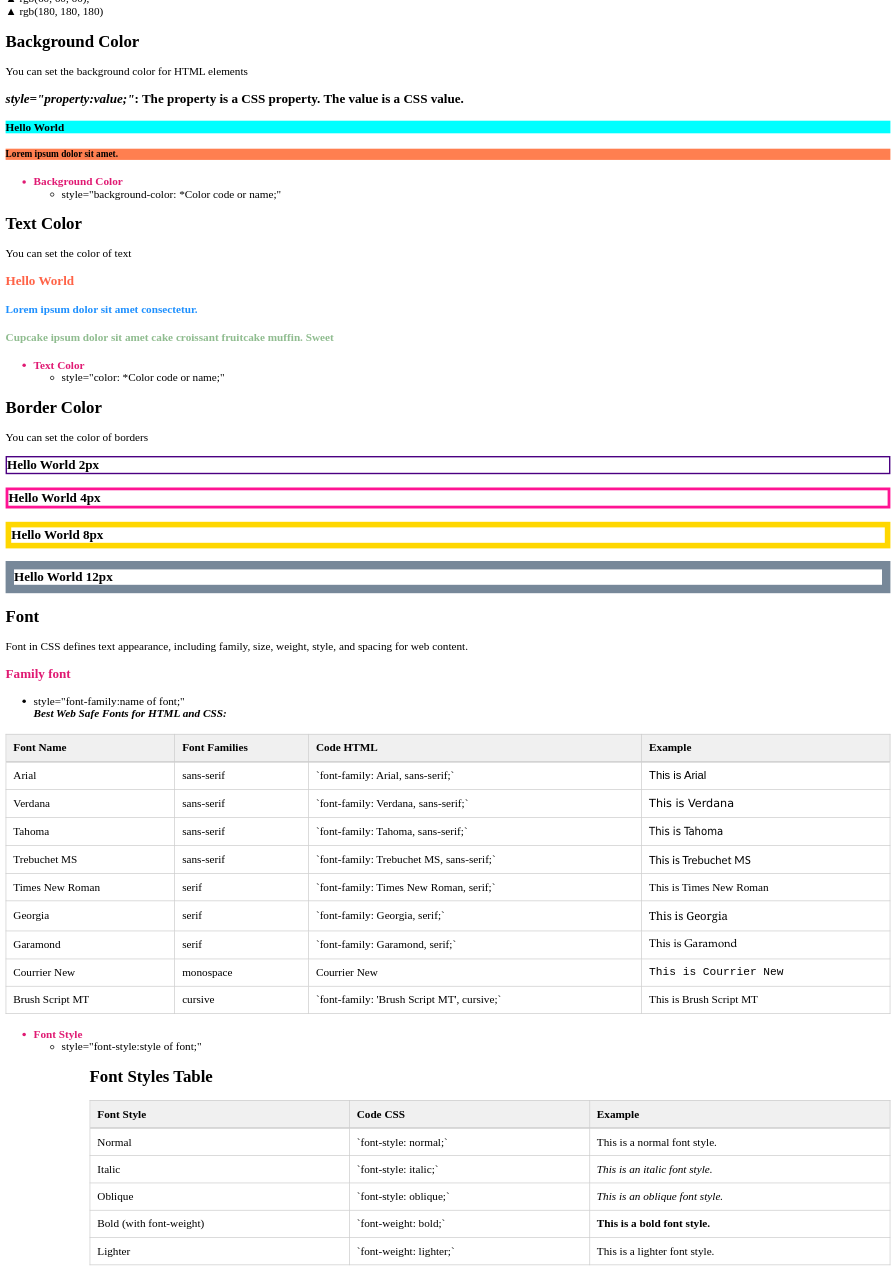
Repository: AnnaSpirit/2025_
Page: Bases/OK/HTML_Text_Formatting.html
An editor plug-in stored every save of this project. The page is shown before and after the next save, followed by the edit.
The browser window is 1280 px wide. The pictures show the part of the page from y = 2159 to 4079 px (the page is 3987 px tall before and 4079 px after), at 70% of full size.

Above is the page before, as saved 2025-01-09 16:35:48.

### Bases/OK/HTML_Text_Formatting.html
<!DOCTYPE html>
<html lang="en">

<head>
    <meta charset="UTF-8">
    <meta name="viewport" content="width=device-width, initial-scale=1.0">
    <title>HTML Text Formatting</title>
    <a href="HTML_Colors.html"></a>
</head>

<body>
    <h1>HTML contains several elements for defining text with a special meaning.</h1>
    <a href="HTML_Colors.html">
        <h2>Go Back: HTML_Colors</h2></a>
    <p>
    <ul>
        <li style="color:red;"> b< - >Bold text &#61 Strong;
            <ul>
                <li style="color:black;"><b>Bold</b> text</li>
            </ul>
        </li><br>
        <li style="color:red;"> strong< - >Important text &#61 Bold
            <ul>
                <li style="color:black;"><strong>Important</strong> text</li>
            </ul>
        </li><br>
        <li style="color:red;"> i< - >Italic text &#61 Emphasized
            <ul>
                <li style="color:black;"><i>Italic</i> text</li>
            </ul>
        </li><br>

        <li style="color:red;">em< - >Emphasized text &#61 Italic
            <ul>
                <li style="color:black;"><em>Emphasized</em> text</li>
            </ul>
        </li><br>
        <li style="color:red;"> u< - >Underlined text &#61 Inserted
            <ul>
                <li style="color:black;"><u>Underlined</u> text</li>
            </ul><br>
        <li style="color:red;">ins< - >Inserted text &#61 Underlined
            <ul>
                <li style="color:black;"><ins>Inserted</ins> text</li>
            </ul><br>
        <li style="color:red;">small< - >Smaller text
            <ul>
                <li style="color:black;"><small>Smaller</small> text</li>
            </ul>
        </li><br>
        <li style="color:red;">del< - >Deleted text &#61 Strikethrough
            <ul>
                <li style="color:black;"><del>Deleted</del> text</li>
            </ul>
        </li><br>
        <li style="color:red;">s< - >strikethrough text &#61 Deleted
            <ul>
                <li style="color:black;"><s>strikethrough</s> text</li>
            </ul>
        </li><br>
        <li style="color:red;"> mark< - >Marked text (Highlighted in yellow)
            <ul>
                <li style="color:black;"><mark>Marked</mark> text</li>
            </ul>
        </li><br>
        <li style="color:red;">sub< - >Subscript text
            <ul>
                <li style="color:black;"><sub>Subscript</sub> text</li>
            </ul>
        </li><br>
        <li style="color:red;">sup< - >Superscript text
            <ul>
                <li style="color:black;"><sup>Superscript</sup> text</li>
            </ul>
        </li>
    </ul>
    </p>
    <hr>
    <p>
    <h1>HTML Quotation and Citation Elements</h1>
    <h3>In this chapter we will go through the blockquote>,q>, abbr>, address>, cite>, and bdo> HTML elements.</h3>
    <ul>
        <li style="color:rgb(49, 169, 49);"> HTML blockquote> for Quotations
            <ul>
                <li style="color: black;">
                    <blockquote cite=" http://www.worldwildlife.org/who/index.html">For 60 years,...</blockquote>
                </li><br>
            </ul>
        <li style="color:rgb(49, 169, 49);"> HTML q> for Short Quotations
            <ul>
                <li style="color: black;"> WWF's goal is to: <q><em>Build a future where people live in harmony with
                            nature.</em></q></li>
            </ul>
        </li><br>
        <li style=" color:rgb(49, 169, 49);">HTML abbr> for Abbreviations
            <ul>
                <li style="color: black;">
                    <p>The <abbr title="World Health Organization">WHO</abbr> was founded in 1948.</p>
                </li>
            </ul>
        </li><br>
        <li style=" color:rgb(49, 169, 49);">HTML address> for Contact Information
            <ul>
                <li style="color: black;">
                    <address>
                        Written by John Doe.<br>
                        Visit us at:<br>
                        Example.com<br>
                        Box 564, Disneyland<br>
                        USA
                    </address>
                </li>
            </ul>
        </li><br>
        <li style=" color:rgb(49, 169, 49);">HTML cite> for Work Title
            <ul>
                <li style="color: black;">
                    <p><cite>The Scream</cite> by Edvard Munch. Painted in 1893.</p>
                </li>
            </ul>
        </li><br>
        <li style=" color:rgb(49, 169, 49);">HTML bdo> for Bi-Directional Override
            <ul>
                <li style="color: black;"><bdo dir="rtl">This text will be written from right to
                        left.</bdo><mark>||</mark>This text will be written from right to left.<br>
                    specific for <b>HEBREW</b> for example</li> <bdo dir="ltr">Left to Right</bdo>=
                LTR<mark>||</mark><bdo dir="rtl">Right to Left</bdo> = RTL
            </ul>
        </li>
    </ul>
    </h1>
    </p>
    <hr>
    <p>
    <h1>HTML_Colors</h1>
    <p>HTML colors are specified with predefined color names, or with RGB, HEX, HSL, RGBA, or HSLA values.</p>
    <a href="HTML_Colors.html">
        <h2>Colors Names</h2>
    </a>
    <p>In HTML, a color can be specified by using a color name</p>

    <h2>Color Values</h2>

    <p>In HTML, colors can also be specified using <b>RGB</b><sub> (value represents RED, GREEN, and BLUE light
            sources)</sub>, <b>HEX</b><sub>(hexadecimal color is specified with: #RRGGBB, where the RR (red), GG (green)
            and BB (blue) hexadecimal integers specify the components of the color.)</sub>, <b>HSL</b><sub> (stands for
            hue, saturation, and lightness.)</sub>, <b>RGBA</b><sub> (value is an extension of RGB with an Alpha channel
            (opacity)).</sub> and <b>HSLA</b><sub> (values are an extension of HSL with an Alpha channel
            (opacity)).</sub><br>

    <p>The following three elements have their background color set with RGB, HEX, and HSL values.<br>
    <h5>Ultramarine Blue</h5>
    <ul>
        <li style="background-color:rgb(77,106,255);">
            <h5>RGB (77,106,255)</h5>
        </li>
        <li style="background-color:#4D6AFF;">
            <h5>HEX #4D6AFF</h5>
        </li>
        <li style="background-color:HSL(230, 100%, 65%);">
            <h5>HSL (230, 100%, 65%)</h5>
        </li>
    </ul>
    <p>The following two elements have their background color set with RGBA and HSLA values, which add an Alpha channel
        to the color (here we have 50% and 20% transparency)</p>
    <ul>
        <li style="background-color:rgba(77,106,255, 0.5);">
            <h5>RGBA (77,106,255, 0.5) </h5>
        </li>
        <li style="background-color:HSL(230, 100%, 65%, 0.2);">
            <h5>HSLA (230, 100%, 65%, 0.2) </h5>
        </li>
    </ul>
    </p>
    <h2>Shades of Gray</h2>
    <p>Shades of gray are often defined using equal values for all three parameters: <br>
        &#9650; rgb(60, 60, 60),<br>
        &#9650; rgb(180, 180, 180)</p>

    <h2>Background Color</h2>

    <p>You can set the background color for HTML elements <br>
    <h3><em>style="property:value;"</em>: The property is a CSS property. The value is a CSS value.</h3>
    <h4 style="background-color:cyan;">Hello World</h4>
    <h5 style="background-color:Coral;">Lorem ipsum dolor sit amet.</h5>
    <ul>
        <li style="color:rgb(224, 26, 115);"><b>Background Color</b></li>
        <ul>
            <li>style="background-color: *Color code or name;"</li>
        </ul></ul>
    </p>

    <h2>Text Color</h2>

    <p>You can set the color of text <br>
    <h3 style="color:Tomato;">Hello World</h3>
    <h4 style="color:DodgerBlue;">Lorem ipsum dolor sit amet consectetur.</h4>
    <h4 style="color:DarkSeaGreen;">Cupcake ipsum dolor sit amet cake croissant fruitcake muffin. Sweet</h4>
    <ul>
        <li style="color:rgb(224, 26, 115);"><b>Text Color</b></li>
    <ul>
        <li>style="color: *Color code or name;"</li>
    </ul></ul>
    </p>

    <h2>Border Color</h2>

    <p>You can set the color of borders <br>
    <h3 style="border:2px solid indigo;">Hello World 2px</h3>
    <h3 style="border:4px solid DeepPink;">Hello World 4px</h3>
    <h3 style="border:8px solid Gold;">Hello World 8px</h3>
    <h3 style="border:12px solid LightSlateGrey;">Hello World 12px</h3>
    </p>

    <h2>Font</h2>

    <p>Font in CSS defines text appearance, including family, size, weight, style, and spacing for web content.<br>
        <h3 style="color:rgb(224, 26, 115);">Family font</font></h3>
    <ul>
        <li>style="font-family:name of font;"<br><em><b>Best Web Safe Fonts for HTML and CSS: </em></b></li>
    </ul>

    <table style="width: 100%; border-collapse: collapse; text-align: left; margin: 20px 0;">
        <thead>
            <tr style="background-color: #f0f0f0; border-bottom: 2px solid #ccc;">
                <th style="padding: 10px; border: 1px solid #ccc;">Font Name</th>
                <th style="padding: 10px; border: 1px solid #ccc;">Font Families</th>
                <th style="padding: 10px; border: 1px solid #ccc;">Code HTML</th>
                <th style="padding: 10px; border: 1px solid #ccc;">Example</th>
            </tr>
        </thead>
        <tbody>
            <tr>
                <td style="padding: 10px; border: 1px solid #ccc;">Arial</td>
                <td style="padding: 10px; border: 1px solid #ccc;">sans-serif</td>
                <td style="padding: 10px; border: 1px solid #ccc;">`font-family: Arial, sans-serif;`</td>
                <td style="padding: 10px; border: 1px solid #ccc; font-family: Arial, sans-serif;">This is Arial</td>
            </tr>
            <tr>
                <td style="padding: 10px; border: 1px solid #ccc;">Verdana</td>
                <td style="padding: 10px; border: 1px solid #ccc;">sans-serif</td>
                <td style="padding: 10px; border: 1px solid #ccc;">`font-family: Verdana, sans-serif;`</td>
                <td style="padding: 10px; border: 1px solid #ccc; font-family: Verdana, sans-serif;">This is Verdana
                </td>
            </tr>
            <tr>
                <td style="padding: 10px; border: 1px solid #ccc;">Tahoma</td>
                <td style="padding: 10px; border: 1px solid #ccc;">sans-serif</td>
                <td style="padding: 10px; border: 1px solid #ccc;">`font-family: Tahoma, sans-serif;`</td>
                <td style="padding: 10px; border: 1px solid #ccc; font-family: Tahoma, sans-serif;">This is Tahoma</td>
            </tr>
            <tr>
                <td style="padding: 10px; border: 1px solid #ccc;">Trebuchet MS</td>
                <td style="padding: 10px; border: 1px solid #ccc;">sans-serif</td>
                <td style="padding: 10px; border: 1px solid #ccc;">`font-family: Trebuchet MS, sans-serif;`</td>
                <td style="padding: 10px; border: 1px solid #ccc; font-family: 'Trebuchet MS', sans-serif;">This is
                    Trebuchet MS</td>
            </tr>
            <tr>
                <td style="padding: 10px; border: 1px solid #ccc;">Times New Roman</td>
                <td style="padding: 10px; border: 1px solid #ccc;">serif</td>
                <td style="padding: 10px; border: 1px solid #ccc;">`font-family: Times New Roman, serif;`</td>
                <td style="padding: 10px; border: 1px solid #ccc; font-family: 'Times New Roman', serif;">This is Times
                    New Roman</td>
            </tr>
            <tr>
                <td style="padding: 10px; border: 1px solid #ccc;">Georgia</td>
                <td style="padding: 10px; border: 1px solid #ccc;">serif</td>
                <td style="padding: 10px; border: 1px solid #ccc;">`font-family: Georgia, serif;`</td>
                <td style="padding: 10px; border: 1px solid #ccc; font-family: Georgia, serif;">This is Georgia</td>
            </tr>
            <tr>
                <td style="padding: 10px; border: 1px solid #ccc;">Garamond</td>
                <td style="padding: 10px; border: 1px solid #ccc;">serif</td>
                <td style="padding: 10px; border: 1px solid #ccc;">`font-family: Garamond, serif;`</td>
                <td style="padding: 10px; border: 1px solid #ccc; font-family: Garamond, serif;">This is Garamond</td>
            </tr>
            <tr>
                <td style="padding: 10px; border: 1px solid #ccc;">Courrier New</td>
                <td style="padding: 10px; border: 1px solid #ccc;">monospace</td>
                <td style="padding: 10px; border: 1px solid #ccc;"><font-family>Courrier New</font-family>
                </td>
                <td style="padding: 10px; border: 1px solid #ccc; font-family:'Courier New', Courier, monospace";>This is Courrier New</td>
            </tr>
            <tr>
                <td style="padding: 10px; border: 1px solid #ccc;">Brush Script MT</td>
                <td style="padding: 10px; border: 1px solid #ccc;">cursive</td>
                <td style="padding: 10px; border: 1px solid #ccc;">`font-family: 'Brush Script MT', cursive;`</td>
                <td style="padding: 10px; border: 1px solid #ccc; font-family: 'Brush Script MT', cursive";>This is Brush Script MT</td>
            </tr></tbody></table>



</p>
    <ul>
        <li style="color:rgb(224, 26, 115);"><b>Font Style</b></li>
        <ul>
            <li>style="font-style:style of font;"</li>
            <ul>
<section>
    <h2>Font Styles Table</h2>
    <table style="width: 100%; border-collapse: collapse; text-align: left; margin: 20px 0;">
        <thead>
            <tr style="background-color: #f0f0f0; border-bottom: 2px solid #ccc;">
                <th style="padding: 10px; border: 1px solid #ccc;">Font Style</th>
                <th style="padding: 10px; border: 1px solid #ccc;">Code CSS</th>
                <th style="padding: 10px; border: 1px solid #ccc;">Example</th>
            </tr>
        </thead>
        <tbody>
            <tr>
                <td style="padding: 10px; border: 1px solid #ccc;">Normal</td>
                <td style="padding: 10px; border: 1px solid #ccc;">`font-style: normal;`</td>
                <td style="padding: 10px; border: 1px solid #ccc; font-style: normal;">This is a normal font style.</td>
            </tr>
            <tr>
                <td style="padding: 10px; border: 1px solid #ccc;">Italic</td>
                <td style="padding: 10px; border: 1px solid #ccc;">`font-style: italic;`</td>
                <td style="padding: 10px; border: 1px solid #ccc; font-style: italic;">This is an italic font style.
                </td>
            </tr>
            <tr>
                <td style="padding: 10px; border: 1px solid #ccc;">Oblique</td>
                <td style="padding: 10px; border: 1px solid #ccc;">`font-style: oblique;`</td>
                <td style="padding: 10px; border: 1px solid #ccc; font-style: oblique;">This is an oblique font style.
                </td>
            </tr>
            <tr>
                <td style="padding: 10px; border: 1px solid #ccc;">Bold (with font-weight)</td>
                <td style="padding: 10px; border: 1px solid #ccc;">`font-weight: bold;`</td>
                <td style="padding: 10px; border: 1px solid #ccc; font-weight: bold;">This is a bold font style.</td>
            </tr>
            <tr>
                <td style="padding: 10px; border: 1px solid #ccc;">Lighter</td>
                <td style="padding: 10px; border: 1px solid #ccc;">`font-weight: lighter;`</td>
                <td style="padding: 10px; border: 1px solid #ccc; font-weight: lighter;">This is a lighter font style.
                </td>
            </tr>
        </tbody>
    </table>
</section>

</li>
            </ul>
        </ul>
    </p>
    </p>
</body>

</html>

After the next save:
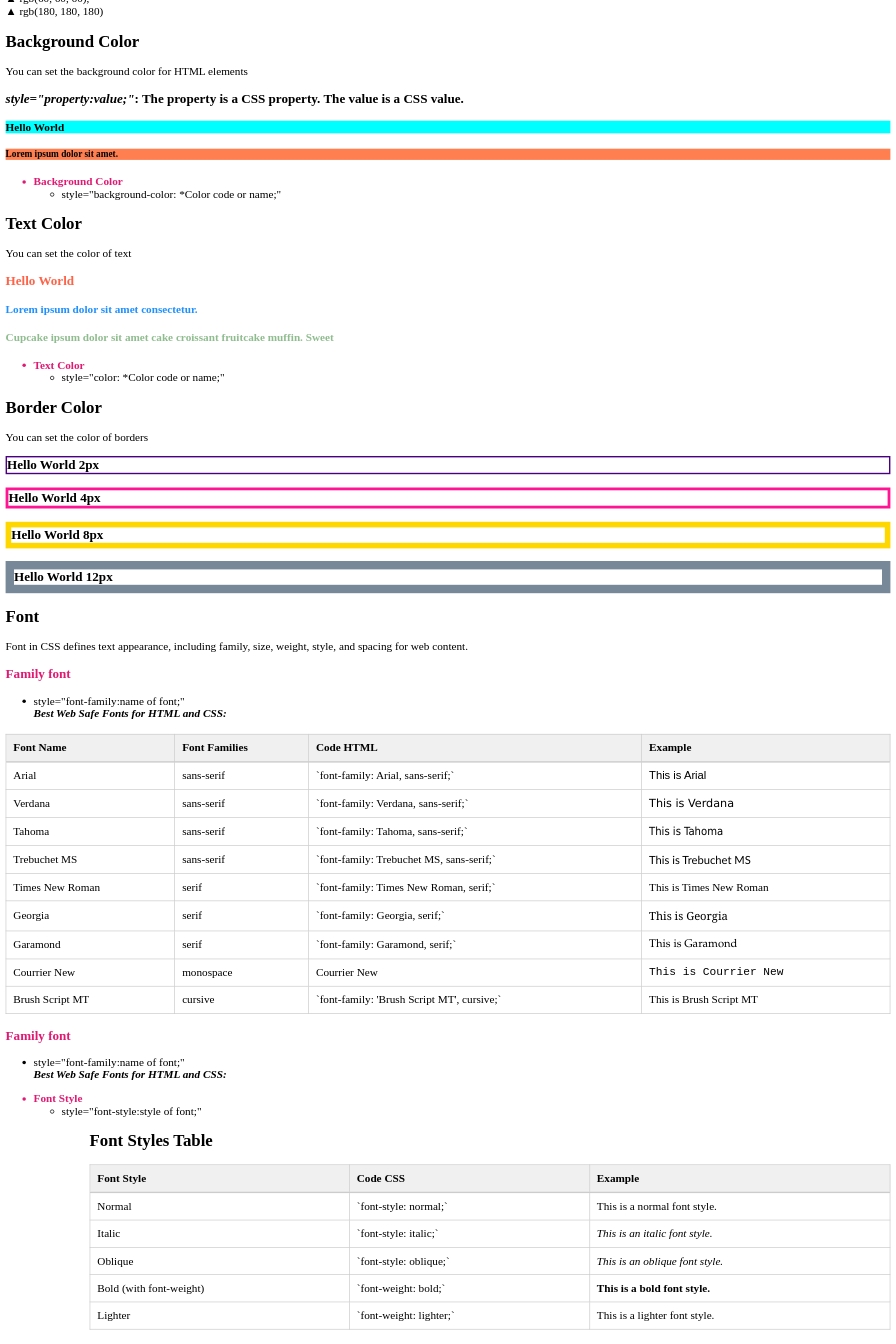
Saved 32 s later.
--- a/Bases/OK/HTML_Text_Formatting.html
+++ b/Bases/OK/HTML_Text_Formatting.html
@@ -288,7 +288,11 @@
                 <td style="padding: 10px; border: 1px solid #ccc;">`font-family: 'Brush Script MT', cursive;`</td>
                 <td style="padding: 10px; border: 1px solid #ccc; font-family: 'Brush Script MT', cursive";>This is Brush Script MT</td>
             </tr></tbody></table>
-
+<h3 style="color:rgb(224, 26, 115);">Family font</font>
+</h3>
+<ul>
+    <li>style="font-family:name of font;"<br><em><b>Best Web Safe Fonts for HTML and CSS: </em></b></li>
+</ul>
 
 
 </p>
